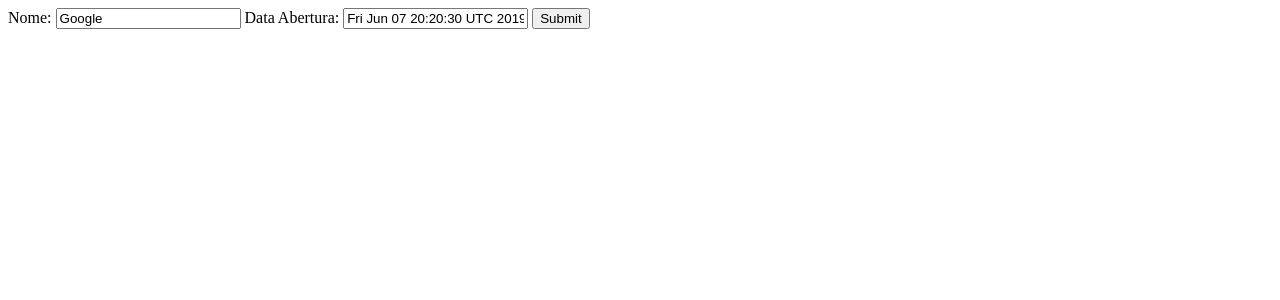
Repository: robsondmf1234/JAVA-EE
Page: http://localhost/gerenciador/mostraEmpresa?id=1
The author's editor kept a copy of each file at every save. The page is drawn from the files as they stood at one save, then again after the next save.
The browser window is 1280 px wide. The pictures show the whole page.
The page is served by Tomcat 9.

Above is the page before, as saved 2019-06-25 01:04:33.

After the next save:
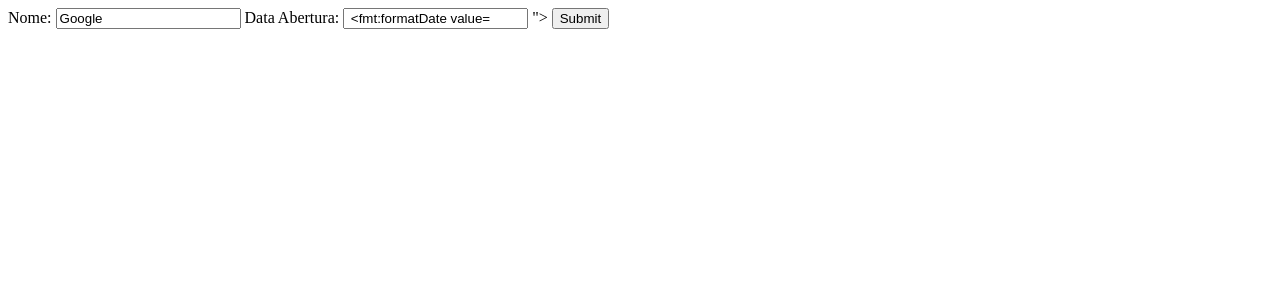
Saved 2 min 56 s later.
--- a/gerenciador/WebContent/formAlteraEmpresa.jsp
+++ b/gerenciador/WebContent/formAlteraEmpresa.jsp
@@ -11,7 +11,7 @@
 
 	<form action="${linkServletNovaEmpresa}" method="post">
 		Nome: <input name="nome" type="text" value="${empresa.nome}">
-		Data Abertura: <input name="data" type="text" value="${empresa.dataAbertura}">
+		Data Abertura: <input name="data" type="text" value=" <fmt:formatDate value="${empresa.dataAbertura}" pattern="dd/MM/yyyy" /> ">
 
 		<input type="submit">
 	</form>
